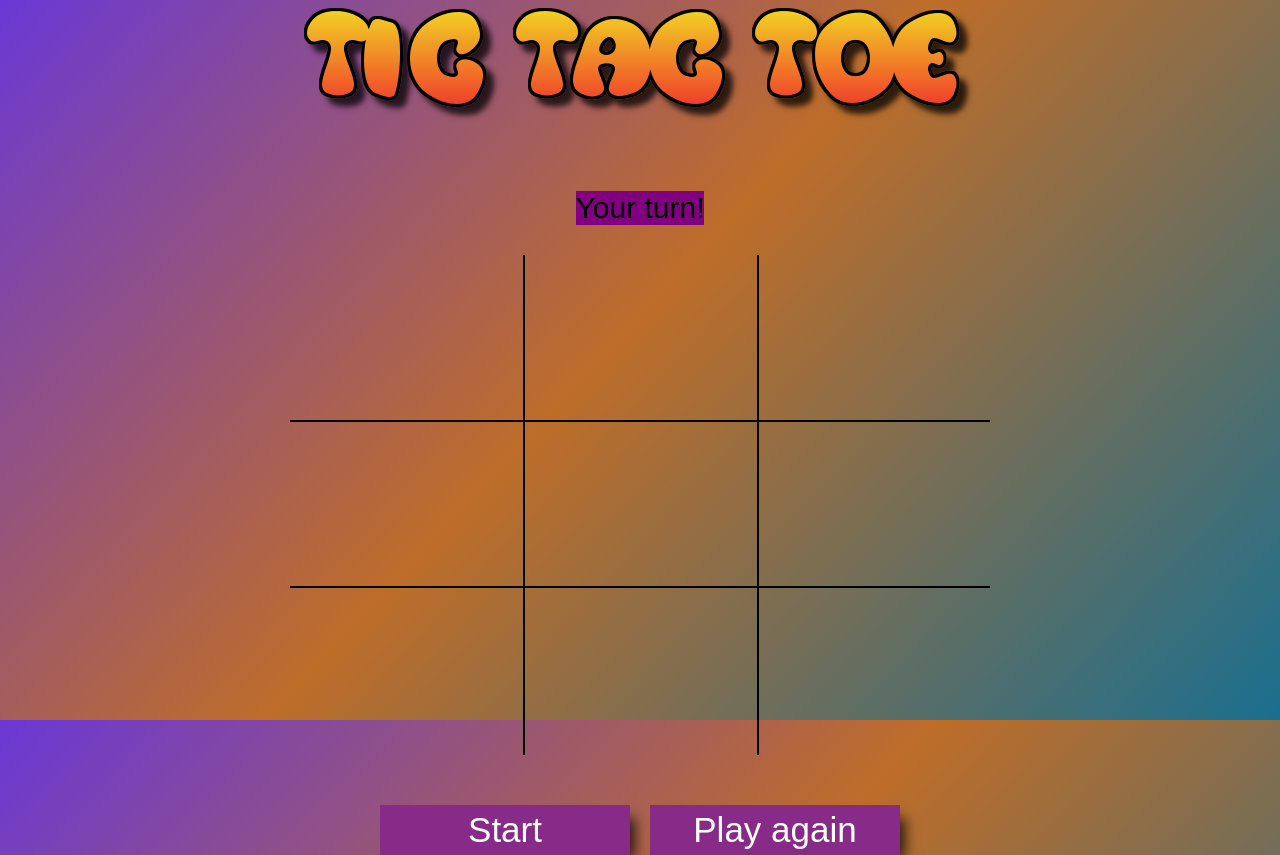
Repository: malx9/Project--5---Tic-Tac-Toe-with-AI
Page: index.html
An editor plug-in stored every save of this project. The page is shown before and after the next save, followed by the edit.
The browser window is 1280 px wide. The pictures show the whole page.
Some web fonts or font styles are not loaded; a fallback is used.

Above is the page before, as saved 2023-12-25 18:00:48.

### index.html
<!DOCTYPE html>
<html lang="en">
  <head>
    <meta charset="UTF-8" />
    <meta name="viewport" content="width=device-width, initial-scale=1.0" />
    <link rel="stylesheet" href="styles.css" />
    <title>Tic Tac Toe</title>
  </head>
  <body>
    <header>
      <img class="logo" src="images/logo.png" />
    </header>
    <main>
      <div class="current--player">
        <p class="current--player--information">Your turn!</p>
      </div>
      <div class="game--board">
        <div class="square square-1"></div>
        <div class="square square-2"></div>
        <div class="square square-3"></div>
        <div class="square square-4"></div>
        <div class="square square-5"></div>
        <div class="square square-6"></div>
        <div class="square square-7"></div>
        <div class="square square-8"></div>
        <div class="square square-9"></div>
      </div>
      <div class="game--options">
        <button class="game--options__button game--options__start">
          Start
        </button>
        <button class="game--options__button game--options__play">
          Play again
        </button>
      </div>
    </main>
  </body>
</html>

### styles.css
@import url("https://fonts.googleapis.com/css2?family=Concert+One&display=swap");

html {
  height: 100%;
  margin: 0;
  font-family: "Concert One", sans-serif;
}

body {
  margin: 0;
  background: rgb(106, 56, 213);
  background: linear-gradient(
    133deg,
    rgba(106, 56, 213, 1) 0%,
    rgba(190, 109, 41, 1) 48%,
    rgba(25, 111, 143, 1) 100%
  );
}

.logo {
  display: block;
  margin-left: auto;
  margin-right: auto;
  margin-bottom: 30px;
}

.current--player {
  display: flex;
  justify-content: center;
  align-items: center;
  font-size: 30px;
}

.current--player--information {
  background-color: purple;
}

.game--board {
  display: grid;
  grid-template-columns: repeat(3, 1fr);
  grid-template-rows: repeat(3, 1fr);
  width: 700px;
  height: 500px;
  margin: auto;
}

.square {
  background-color: transparent;
  border: 2px solid #000000;
  border-top: 0;
  border-right: 0;
}

.square-7,
.square-8,
.square-9 {
  border-bottom: 0;
}

.square-1,
.square-4,
.square-7 {
  border-left: 0;
}

.game--options {
  display: flex;
  justify-content: center;
  align-items: center;
  gap: 20px;
  margin-top: 50px;
}

.game--options__button {
  width: 250px;
  height: 50px;
  background-color: rgb(136, 43, 136);
  border-style: solid;
  border: 0;
  font-size: 35px;
  color: rgb(255, 255, 255);
  font-family: "Concert One", sans-serif;
  box-shadow: 10px 8px 12px -5px rgba(0, 0, 0, 0.75);
}

After the next save:
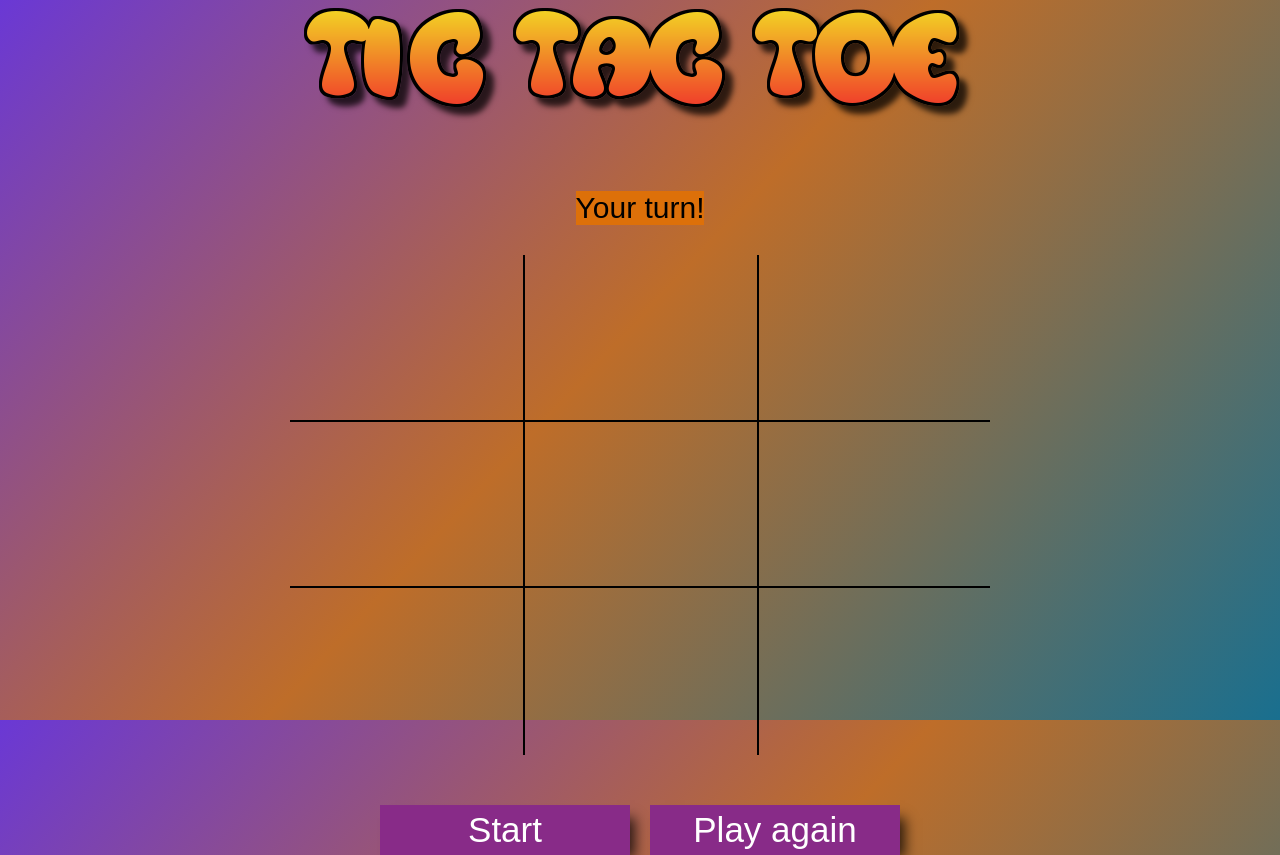
Saved 21 s later.
--- a/styles.css
+++ b/styles.css
@@ -32,7 +32,7 @@ body {
 }
 
 .current--player--information {
-  background-color: purple;
+  background-color: rgb(221, 112, 9);
 }
 
 .game--board {
